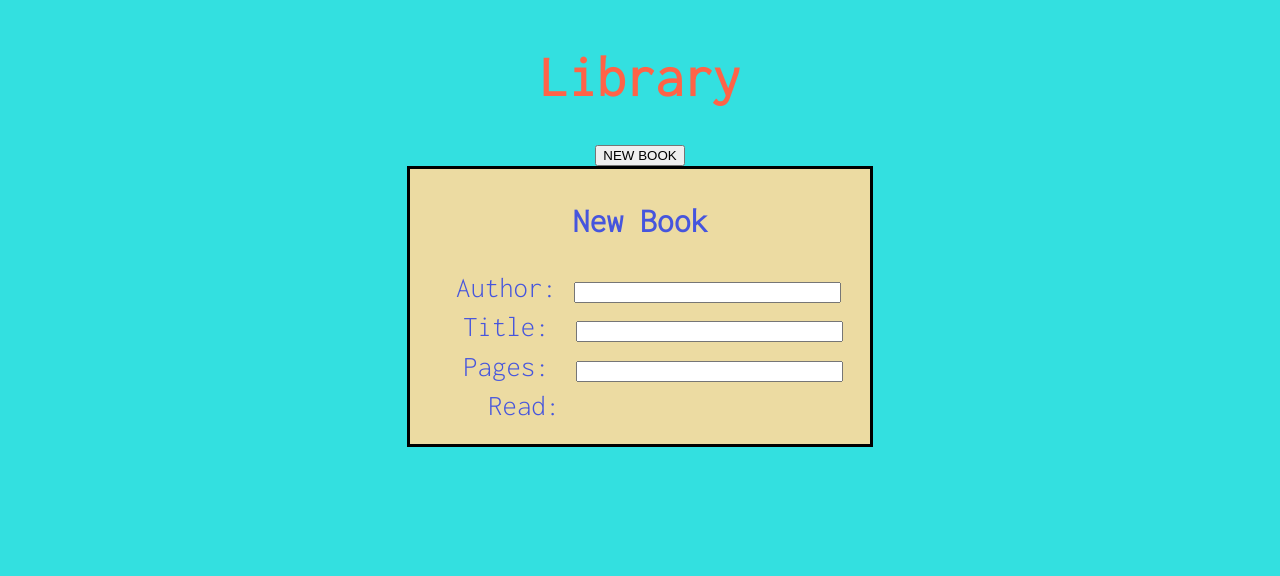
Repository: 0101chaitanya/Library
Page: index.html
These files come from the project's save history. The page is drawn as it stood at one moment and after a run of saves; the edit follows.
The browser window is 1280 px wide. The pictures show the whole page.

Above is the page before, as saved 2021-06-02 14:32:02.

After the next 2 saves:
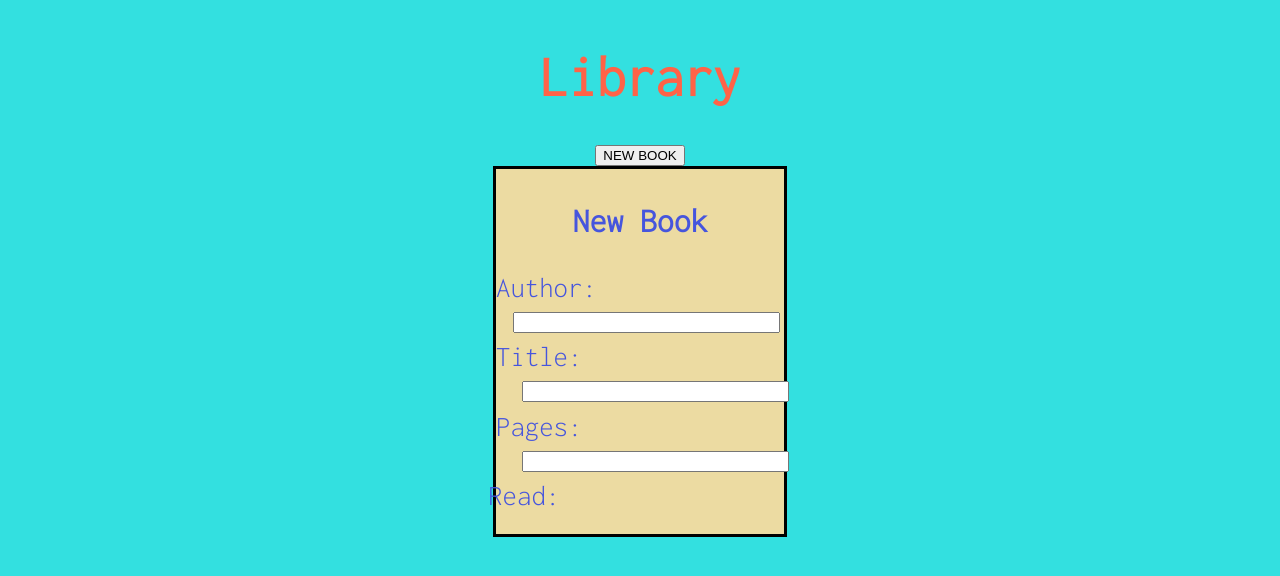
The 2 saves are shown as one change because they came seconds apart.
The last was saved 6 s later.
--- a/styles.css
+++ b/styles.css
@@ -24,7 +24,7 @@
       justify-content: center;
       background-color: rgb(236, 219, 162);
       height: fit-content;
-      width: 16rem;
+      width: 10rem;
       border-color: black;
       border-style: solid;
   }
